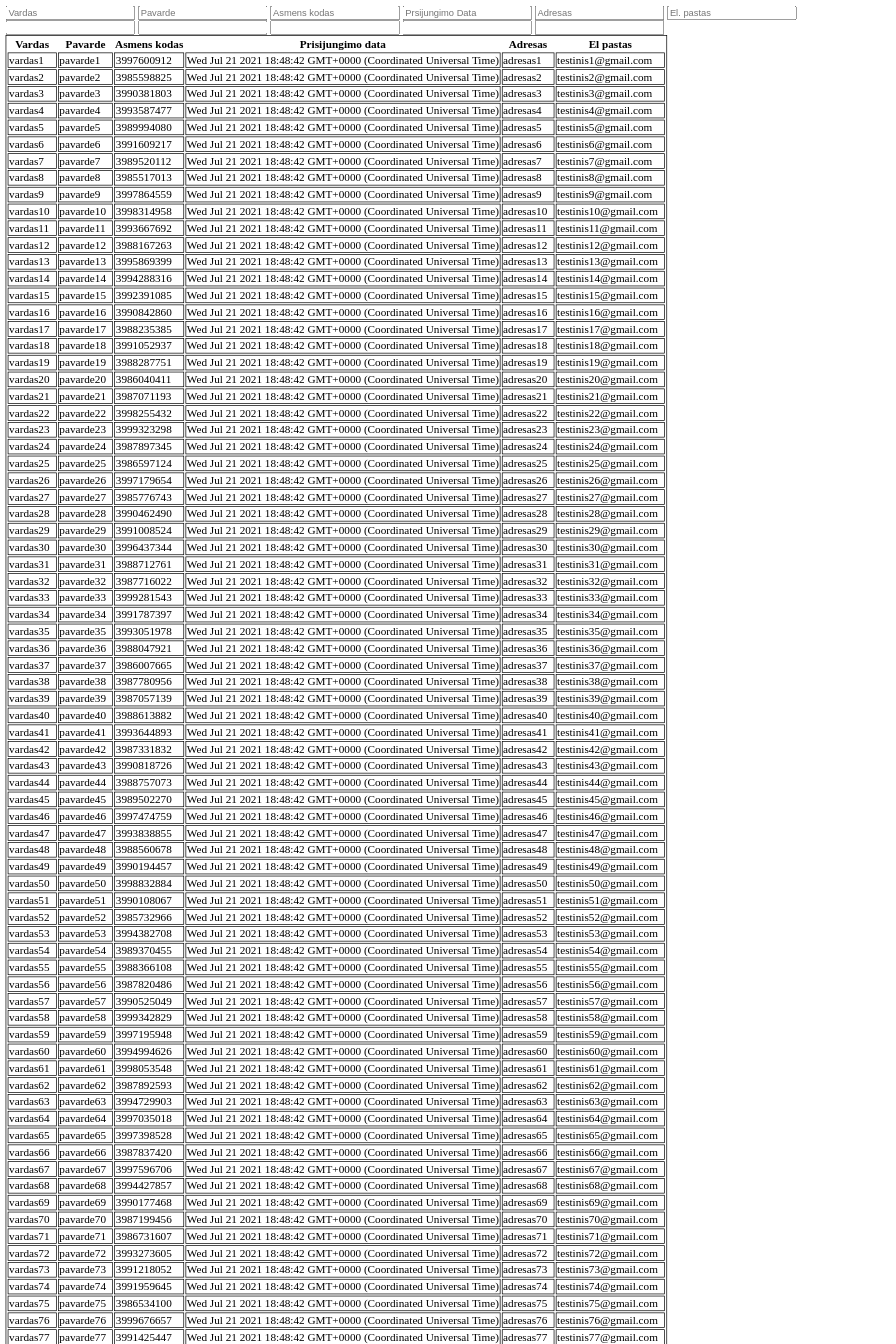
Repository: motiejus1/29-paskaita-05.31
Page: index.html
The author's editor kept a copy of each file at every save. The page is drawn from the files as they stood at one save, then again after the next save.
The browser window is 1280 px wide. The pictures show the part of the page from y = 0 to 1920 px (the page is 4884 px tall before and 4863 px after), at 70% of full size.

Above is the page before, as saved 2021-07-21 18:50:57.

After the next save:
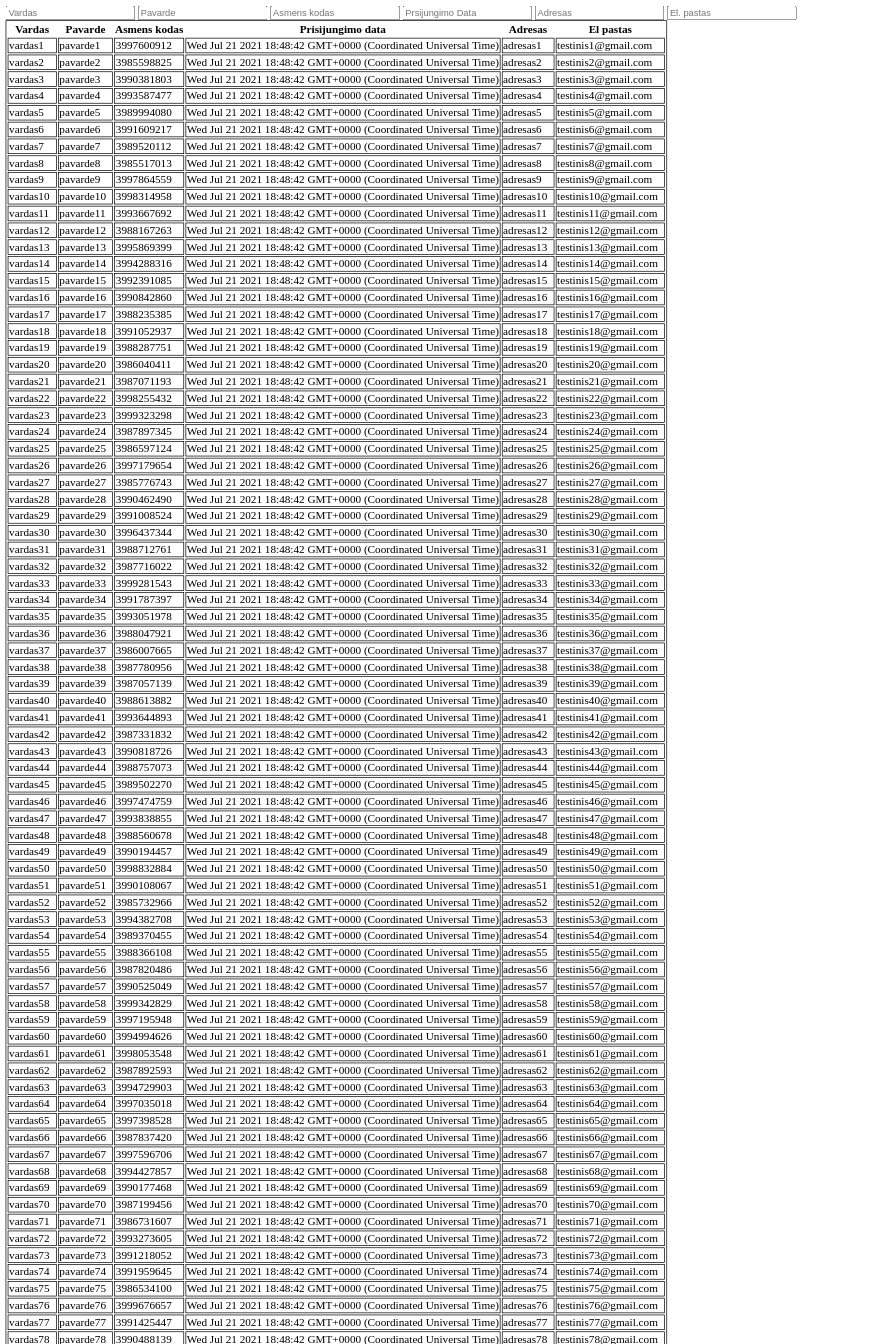
Saved 4 s later.
--- a/index.html
+++ b/index.html
@@ -24,11 +24,6 @@
         <input type="text" id="prsijungimData" name="prsijungimData" placeholder="Prsijungimo Data" />
         <input type="text" id="adresas" name="adresas" placeholder="Adresas" />
         <input type="text" id="elpastas" name="elpastas" placeholder="El. pastas" />
-        <input/>
-        <input/>
-        <input/>
-        <input/>
-        <input/>
     </div>
 
 
